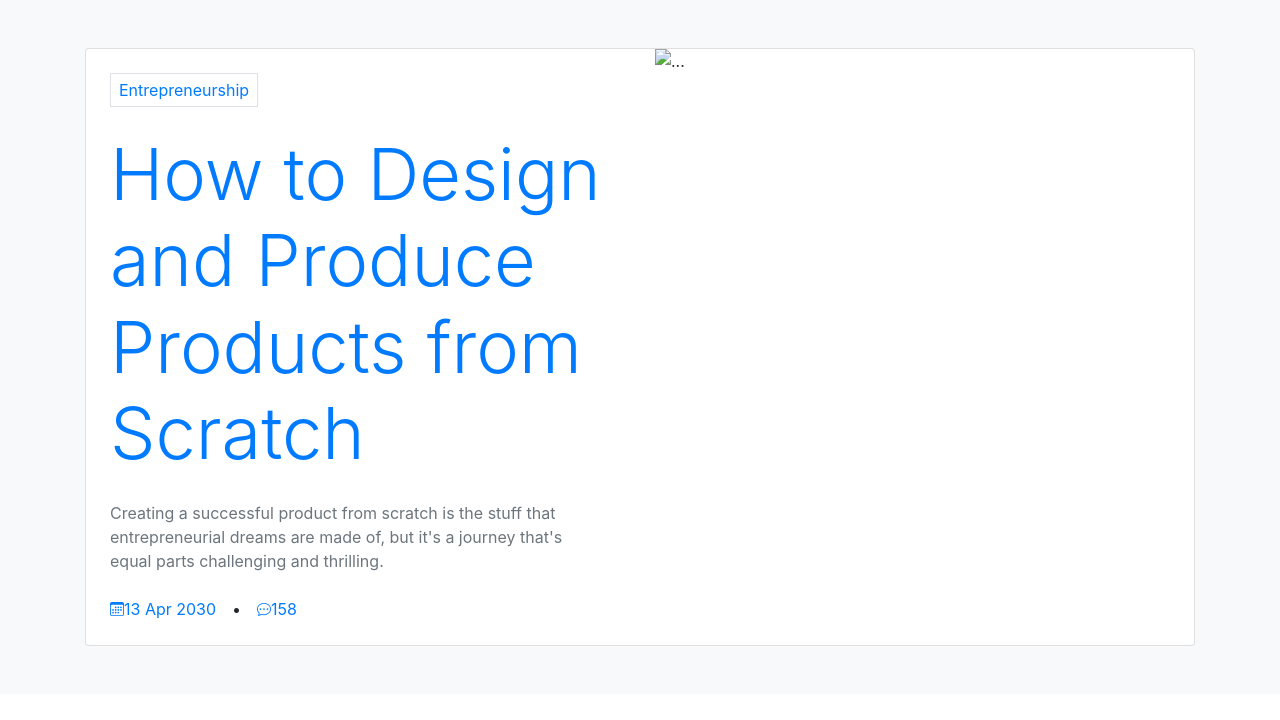
Repository: wasimalbokae2000/blogs
Page: resources/views/posts/show.blade.php
An editor plug-in stored every save of this project. The page is shown before and after the next save, followed by the edit.
The browser window is 1280 px wide. The pictures show the whole page.
The page is served by the project's Laravel application, run on PHP 8.4 with Laravel 12. The template is opened directly, without the code that normally fills it, so the values that code supplies are empty.

Above is the page before, as saved 2024-11-20 21:51:25.

After the next save:
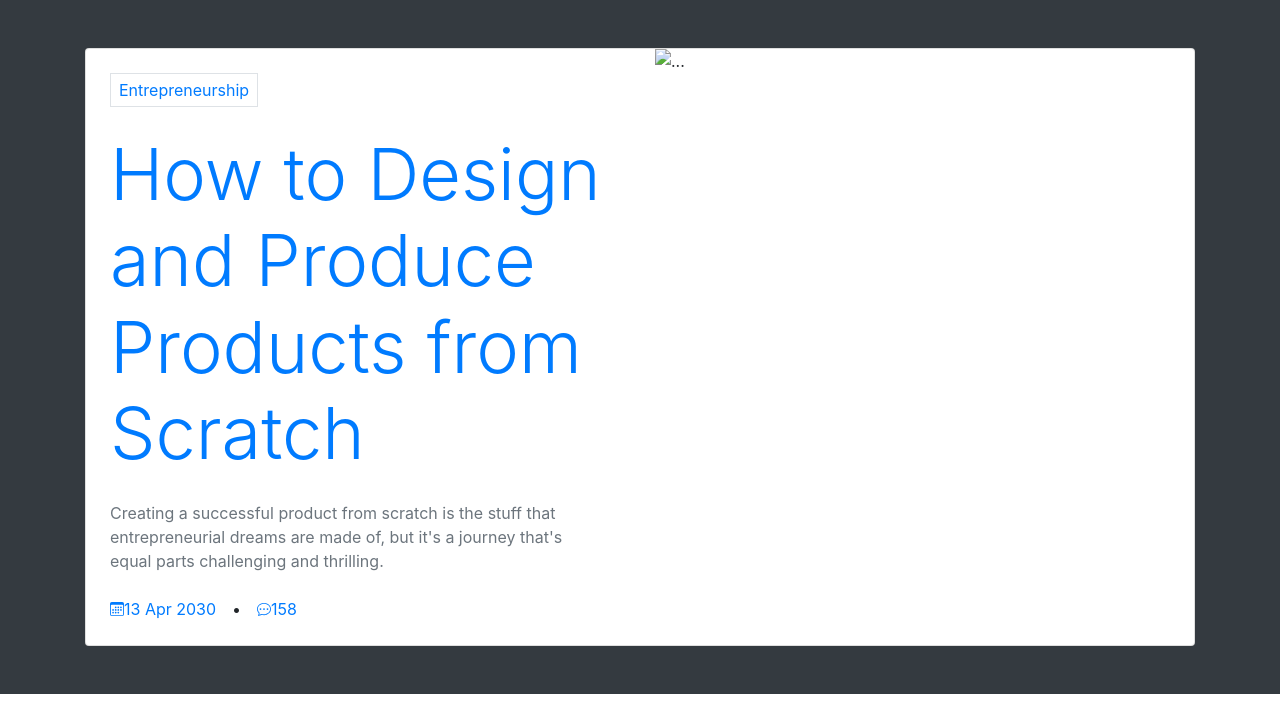
Saved 6 s later.
--- a/resources/views/posts/show.blade.php
+++ b/resources/views/posts/show.blade.php
@@ -16,7 +16,7 @@
     <button type="submit">Edit</button>
 </form> --}}
 <!-- Featured 1 - Bootstrap Brain Component -->
-<section class="py-3 py-md-5 py-xl-8 bg-light">
+<section class="py-3 py-md-5 py-xl-8 bg-dark">
     <div class="container">
         <div class="card">
           <div class="row g-0">
